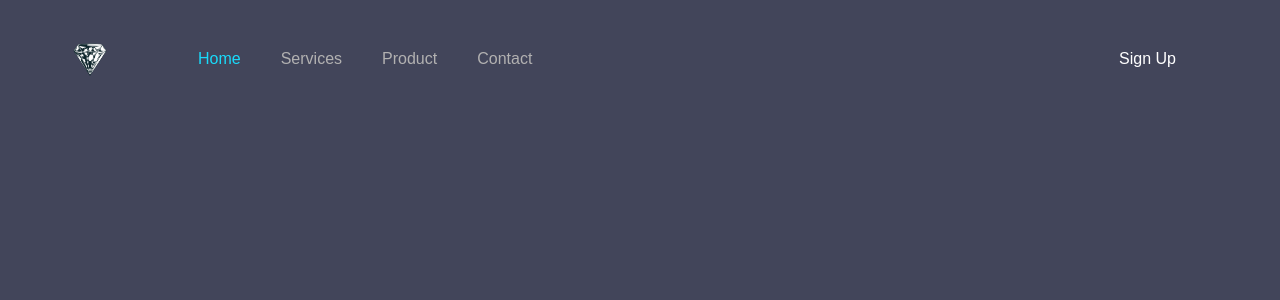
Repository: Aakarshit-Sharma19/Basic-HTML-and-CSS-Page-
Page: index.html
These files come from the project's save history. The page is drawn as it stood at one moment and after the next save; the edit follows.
The browser window is 1280 px wide. The pictures show the whole page.

Above is the page before, as saved 2020-11-10 15:10:51.

After the next save:
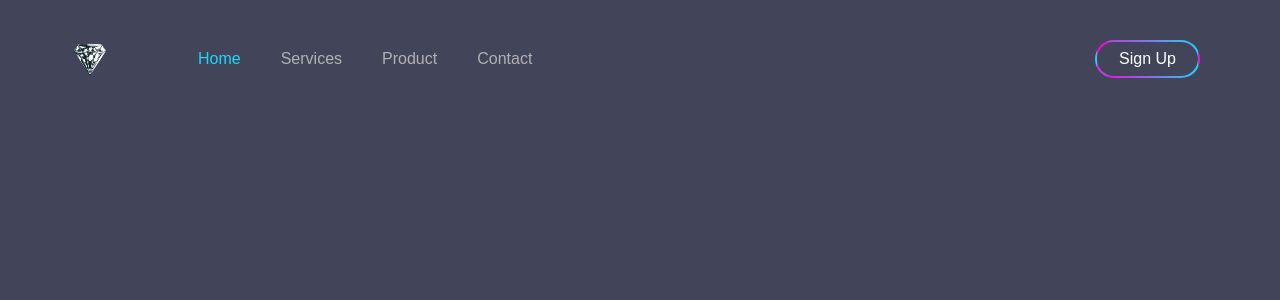
Saved 5 s later.
--- a/style.css
+++ b/style.css
@@ -42,8 +42,8 @@ body{
     color: #fff;
     border: 2px solid transparent;
     border-radius: 20px;
-    /* background-image: linear-gradient(#42455a, #42455a), radial-gradient(circle at top left, #fd00da, #19d7f8); */
-    background-origin: border-box;
+    background-image: linear-gradient(#42455a, #42455a), radial-gradient(circle at top left, #fd00da, #19d7f8);
+    /* background-origin: border-box; */
     background-clip: content-box,border-box;
 }
 
